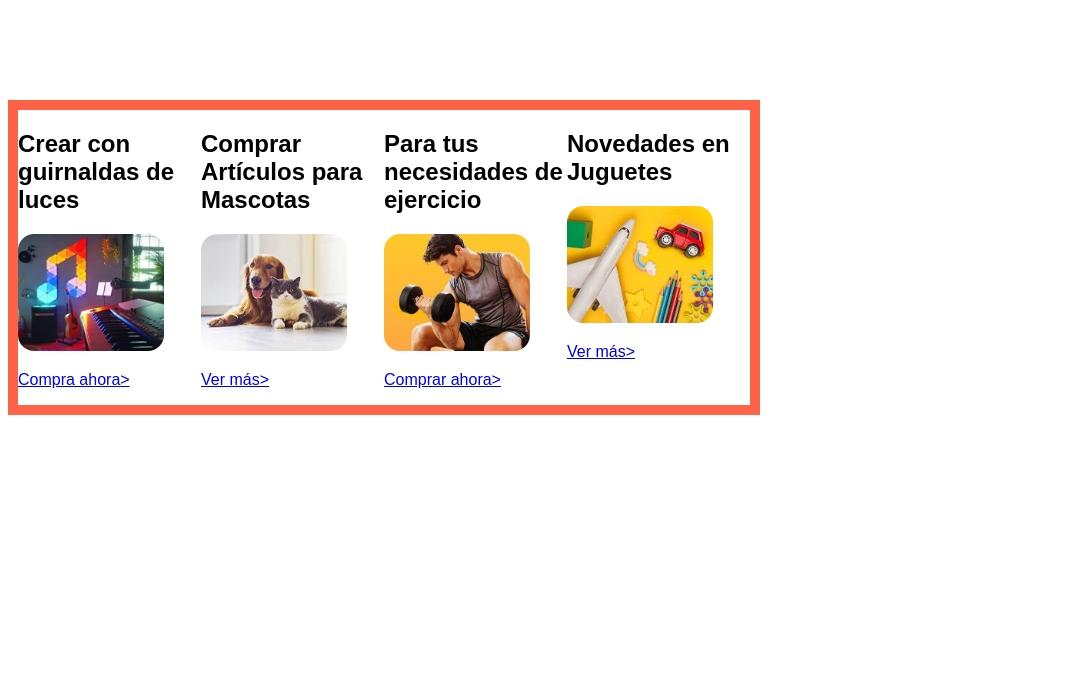
Repository: 27marques/avaliacao
Page: exercicio01/amazon.html
An editor plug-in stored every save of this project. The page is shown before and after the next save, followed by the edit.
The browser window is 768 px wide. The page is 768 px wide, then 1066 px, so the pictures cover 1066 px, including what lies to the right of the window. The pictures show the whole page.

Above is the page before, as saved 2022-08-26 01:00:31.

### exercicio01/amazon.html
<!DOCTYPE html>
<html lang="en">
  <head>
    <meta charset="UTF-8" />
    <meta http-equiv="X-UA-Compatible" content="IE=edge" />
    <meta name="viewport" content="width=device-width, initial-scale=1.0" />
    <title>Amazon</title>
    <link rel="stylesheet" href="assets/css/style.css" />
  </head>
  <body>
    <div class="container">
      <div class="row">
        <div class="col">
          <h2>Crear con guirnaldas de luces</h2>
          <img
            class="img-redonda"
            src="assets/imagens/1.jpg"
            alt="Na imagem é possivel ver um cachorro muito fofo"
          />
          <p><a href="contato.html">Compra ahora></a></p>
        </div>
        <div class="col">
          <h2>Comprar Artículos para Mascotas</h2>
          <img
            class="img-redonda"
            src="assets/imagens/2.jpg"
            alt="Na imagem é possivel ver um cachorro muito fofo"
          />
          <p><a href="contato.html">Ver más></a></p>
        </div>
        <div class="col">
          <h2>Para tus necesidades de ejercicio</h2>
          <img
            class="img-redonda"
            src="assets/imagens/3.jpg"
            alt="Na imagem é possivel ver um cachorro muito fofo"
          />
          <p><a href="contato.html">Comprar ahora></a></p>
        </div>
        <div class="col">
          <h2>Novedades en Juguetes</h2>
          <img
            class="img-redonda"
            src="assets/imagens/4.jpg"
            alt="Na imagem é possivel ver um cachorro muito fofo"
          />
          <p><a href="contato.html">Ver más></a></p>
        </div>
      </div>
    </div>
  </body>
</html>

### exercicio01/assets/css/style.css
body{
    font-family: sans-serif;
}

img{
    max-width: 100%;
    height: auto;
}

.container {
    max-width: 1500px;
    border: 10px solid tomato;
    /*margin-left: auto;
    margin-right: auto;
    margin: 0 auto 0 auto;*/
    margin: 100px auto;
}
.row{
    display: flex;
    justify-content: space-between;
}

.row .col{
    flex: 0 1 100%;
}

@media (max-width:768px){
   /* .row{
        /flex-direction: column;
    }*/
    h1{
        font-size: 1rem;
    }
}
@media (min-width:769px) {
    h1{
        font-size: 1rem;
    }
}
.img-redonda{
    max-width: 80%;
    height: auto;
    border-radius: 1rem;
    overflow: hidden;
}
.col-2{
    flex-basis: 16.6%;
    background-color: aliceblue;
}
.col-3{
    flex-basis: 25%;
    background-color: antiquewhite;
}
.col-4{
    flex-basis: 33.33%;
    background-color: aqua;
}
.col-5{
    flex-basis: 41.6%;
    background-color: aquamarine;
}
.col-6{
    flex-basis: 50%;
    background-color: azure;
}
.col-7{
    flex-basis: 58.3%;
    background-color: beige;
}
.col-8{
    flex-basis: 66.6%;
    background-color: bisque;
}
.col-9{
    flex-basis: 75%;
    background-color: black;
}
.col-10{
    flex-basis: 83.6%;
    background-color: blanchedalmond;
}
.col-11{
    flex-basis: 91.6%;
    background-color: blue;
}
.col-12{
    flex-basis: 100%;
    background-color: blueviolet;
}
    @media (max-width:767px){
        /*.row{
            flex-direction: column;
        }*/
        .row > div {
            border: 5px solid pink;
        }
    }

After the next save:
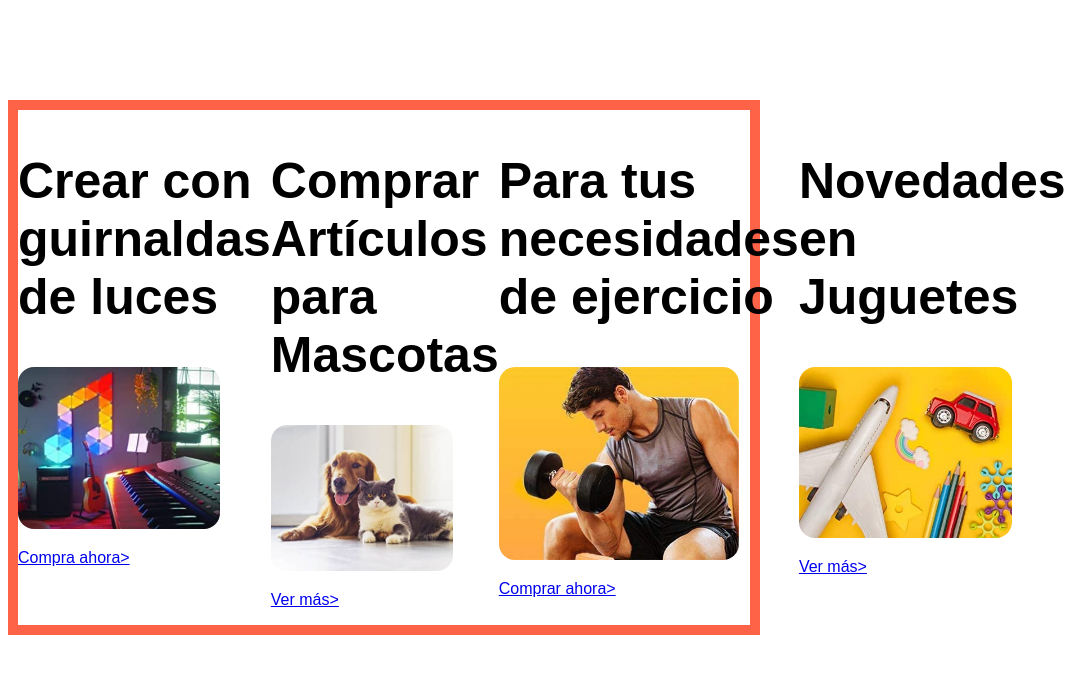
Saved 6 min 16 s later.
--- a/exercicio01/assets/css/style.css
+++ b/exercicio01/assets/css/style.css
@@ -30,6 +30,9 @@
     }*/
     h1{
         font-size: 1rem;
+    }
+    h2{
+        font-size: 50px;
     }
 }
 @media (min-width:769px) {
